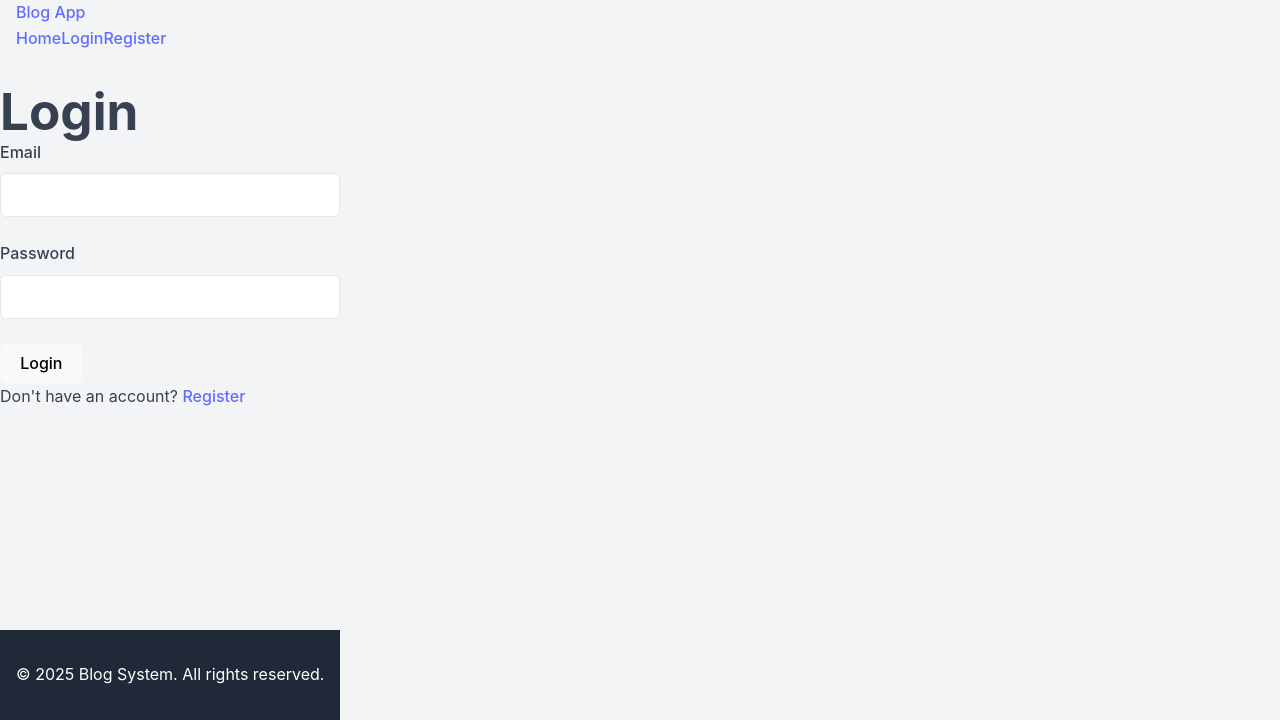
Repository: Vicae-a/Blog
Page: /profile (app in frontend/)
An editor plug-in stored every save of this project. The page is shown before and after the next save, followed by the edit.
The browser window is 1280 px wide. The pictures show the whole page.
The project was rebuilt for these pictures with package versions that can differ from the ones it lists, and the page was loaded fresh each time. Also part of the build but not shown: frontend/vite.config.js, frontend/src/components/PostCard.jsx, frontend/src/components/Pagination.jsx, frontend/src/components/SearchBar.jsx, frontend/src/pages/Home.jsx, frontend/src/pages/Register.jsx, frontend/src/components/Comment.jsx, frontend/src/components/CommentForm.jsx and 5 more.

Above is the page before, as saved 2025-03-29 22:53:44.

After the next save:
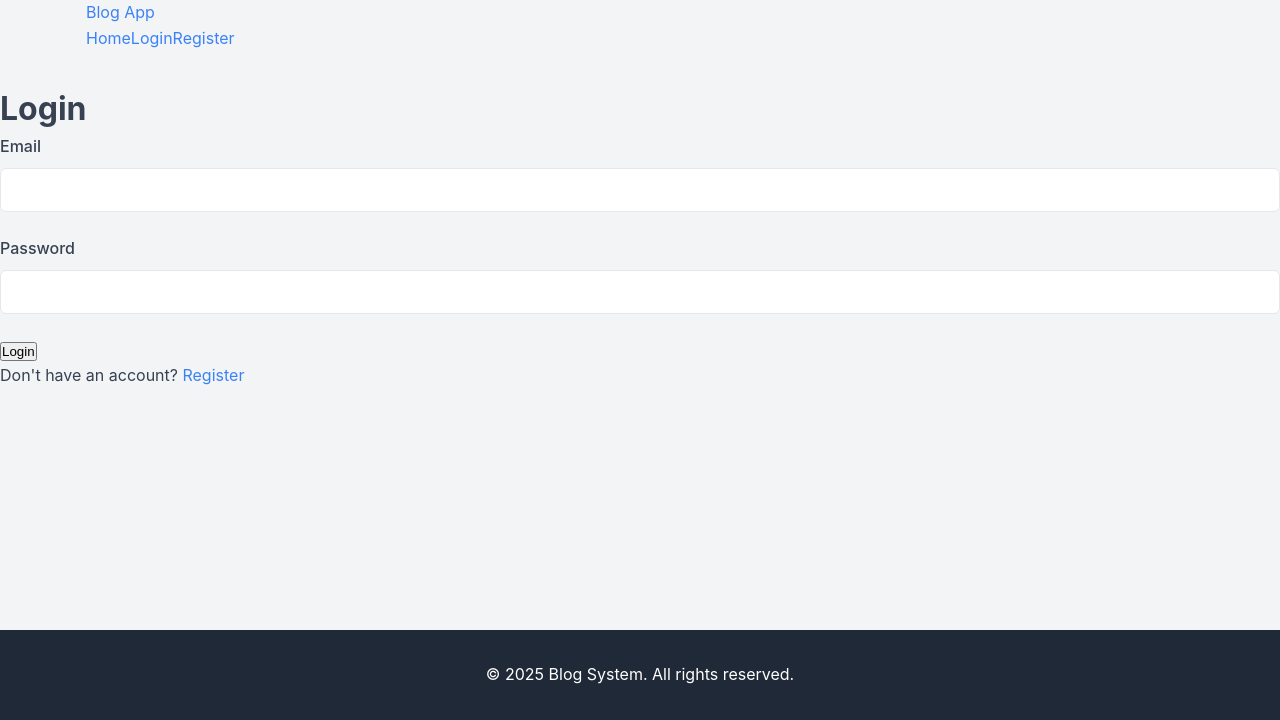
Saved 2 min 36 s later.
--- a/frontend/src/main.jsx
+++ b/frontend/src/main.jsx
@@ -2,7 +2,7 @@ import React from 'react';
 import ReactDOM from 'react-dom/client';
 import { BrowserRouter } from 'react-router-dom';
 import App from './App';
-import './index.css';
+
 
 const root = ReactDOM.createRoot(document.getElementById('root'));
 
